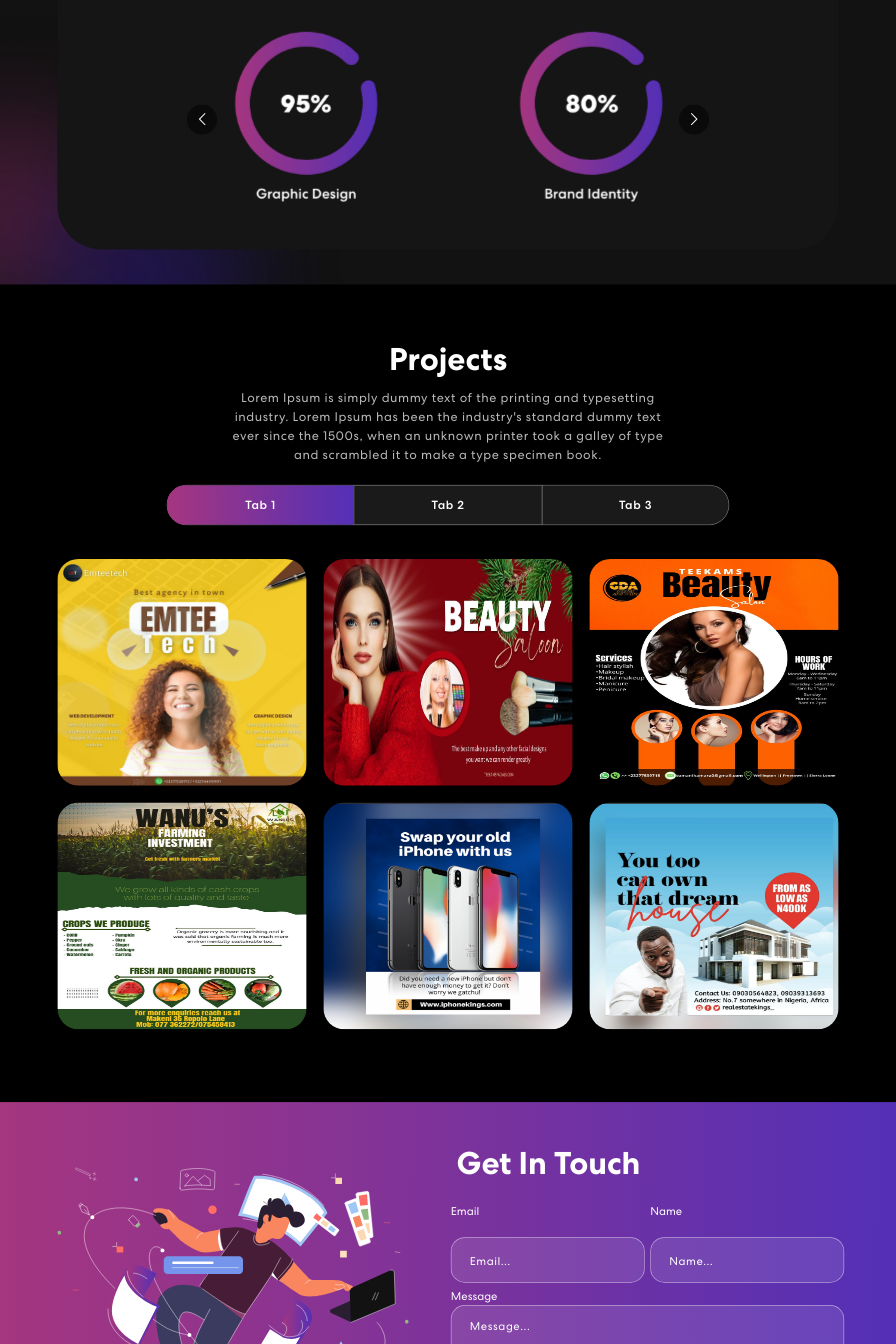
Repository: EmmanuelKeifala/emtee
Page: /
The author's editor kept a copy of each file at every save. The page is drawn from the files as they stood at one save, then again after the next save.
The browser window is 1280 px wide. The pictures show the part of the page from y = 988 to 2908 px (the page is 3476 px tall), at 70% of full size.
The project was rebuilt for these pictures with package versions that can differ from the ones it lists, and the page was loaded fresh each time. Some packages were replaced by stand-ins written for this rebuild.

Above is the page before, as saved 2022-09-30 17:11:17.

### public/index.html
<!DOCTYPE html>
<html lang="en">
  <head>
    <meta charset="utf-8" />
    <link rel="icon" href="%PUBLIC_URL%/favicon.ico" />
    <meta name="viewport" content="width=device-width, initial-scale=1" />
    <meta name="theme-color" content="#000000" />
    <meta name="description" content="Em-Tech" />
    <link rel="apple-touch-icon" href="%PUBLIC_URL%/logo192.png" />

    <link rel="manifest" href="%PUBLIC_URL%/manifest.json" />
    <title>Em-Tech</title>
  </head>
  <body>
    <div id="root"></div>
  </body>
</html>

### src/Components/Navbar.jsx
import React, { useState, useEffect } from "react";
import { Navbar, Container, Nav } from "react-bootstrap";
import logo from "../assets/img/screen.png";
import navIcon1 from "../assets/img/nav-icon1.svg";
import navIcon2 from "../assets/img/nav-icon2.svg";
import navIcon3 from "../assets/img/nav-icon3.svg";
import Twitter from "../assets/img/twit.png";

const NavBar = () => {
  const [activeLink, setActiveLink] = useState("home");
  const [scrolled, setScrolled] = useState(false);
  useEffect(() => {
    const onScroll = () => {
      if (window.scrollY > 50) {
        setScrolled(true);
      } else {
        setScrolled(false);
      }
    };
    window.addEventListener("scroll", onScroll);

    return () => window.removeEventListener("scroll", onScroll);
  }, []);
  const onUpdateActiveLink = (value) => {
    setActiveLink(value);
  };
  return (
    <Navbar expand="md" className={scrolled ? "scrolled" : ""}>
      <Container>
        <Navbar.Brand href="/">
          <img src={logo} alt="Logo" className="lo" />
        </Navbar.Brand>
        <Navbar.Toggle aria-controls="basic-navbar-nav">
          <span className="navbar-toggler-icon"></span>
        </Navbar.Toggle>
        <Navbar.Collapse id="basic-navbar-nav">
          <Nav className="ms-auto">
            <Nav.Link
              href="#home"
              className={
                activeLink === "home" ? "active navbar-link" : "navbar-link"
              }
              onClick={() => onUpdateActiveLink("home")}
            >
              Home
            </Nav.Link>
            <Nav.Link
              href="#skills"
              className={
                activeLink === "skills" ? "active navbar-link" : "navbar-link"
              }
              onClick={() => onUpdateActiveLink("skills")}
            >
              Skills
            </Nav.Link>
            <Nav.Link
              href="#project"
              className={
                activeLink === "project" ? "active navbar-link" : "navbar-link"
              }
              onClick={() => onUpdateActiveLink("project")}
            >
              Projects
            </Nav.Link>
          </Nav>
          <span className="navbar-text">
            <div className="social-icon">
              <a href="#">
                <img src={navIcon1} alt="linkedin" />
              </a>
              <a href="#">
                <img src={navIcon2} alt="facebook" />
              </a>
              <a href="#">
                <img src={navIcon3} alt="instagram" />
              </a>
              <a href="#">
                <img src={Twitter} alt="Twitter" className="twit" />
              </a>
            </div>
            <button className="vvd">
              <span>Let’s Connect</span>
            </button>
          </span>
        </Navbar.Collapse>
      </Container>
    </Navbar>
  );
};

export default NavBar;

### src/Components/Banner.jsx
import React from "react";
import { useState, useEffect } from "react";
import { Container, Row, Col } from "react-bootstrap";
import { ArrowRightCircle } from "react-bootstrap-icons";
import headerImg from "../assets/img/header-img.svg";
import "animate.css";
import TrackVisibility from "react-on-screen";
import GoogleAd from "./GoogleAd";
const Banner = () => {
  const [loopNum, setLoopNum] = useState(0);
  const [isDeleting, setIsDeleting] = useState(false);
  const [text, setText] = useState("");
  const [delta, setDelta] = useState(300 - Math.random() * 100);
  const [index, setIndex] = useState(1);
  const toRotate = ["Web Development", "Web Design", "UI/UX Design"];
  const period = 2000;

  useEffect(() => {
    let ticker = setInterval(() => {
      tick();
    }, delta);

    return () => {
      clearInterval(ticker);
    };
  }, [text]);

  const tick = () => {
    let i = loopNum % toRotate.length;
    let fullText = toRotate[i];
    let updatedText = isDeleting
      ? fullText.substring(0, text.length - 1)
      : fullText.substring(0, text.length + 1);

    setText(updatedText);

    if (isDeleting) {
      setDelta((prevDelta) => prevDelta / 2);
    }

    if (!isDeleting && updatedText === fullText) {
      setIsDeleting(true);
      setIndex((prevIndex) => prevIndex - 1);
      setDelta(period);
    } else if (isDeleting && updatedText === "") {
      setIsDeleting(false);
      setLoopNum(loopNum + 1);
      setIndex(1);
      setDelta(500);
    } else {
      setIndex((prevIndex) => prevIndex + 1);
    }
  };

  return (
    <section className="banner" id="home">
      <Container>
        <Row className="aligh-items-center">
          <Col xs={12} md={6} xl={7}>
            <TrackVisibility>
              {({ isVisible }) => (
                <div
                  className={
                    isVisible ? "animate__animated animate__fadeIn" : ""
                  }
                >
                  <span className="tagline">
                    Welcome to our Portfolio and Hiring Page
                  </span>
                  <h1>
                    {`Hi! We are Em-Tech we do`}{" "}
                    <span
                      className="txt-rotate"
                      dataPeriod="1000"
                      data-rotate='[ "Web Developement", "Web Design", "UI/UX Design" ]'
                    >
                      <span className="wrap">{text}</span>
                    </span>
                  </h1>
                  <p>
                    Lorem Ipsum is simply dummy text of the printing and
                    typesetting industry. Lorem Ipsum has been the industry's
                    standard dummy text ever since the 1500s, when an unknown
                    printer took a galley of type and scrambled it to make a
                    type specimen book.
                  </p>
                  <button onClick={() => console.log("connect")}>
                    Let’s Connect <ArrowRightCircle size={25} />
                  </button>
                </div>
              )}
            </TrackVisibility>
          </Col>
          <Col xs={12} md={6} xl={5}>
            <TrackVisibility>
              {({ isVisible }) => (
                <div
                  className={
                    isVisible ? "animate__animated animate__zoomIn" : ""
                  }
                >
                  <img src={headerImg} alt="Header Img" />
                </div>
              )}
            </TrackVisibility>
          </Col>
        </Row>
      </Container>
      <GoogleAd slot="9876543210" googleAdId="ca-pub-2934431448539258" />
    </section>
  );
};

export default Banner;

### src/Components/Skills.jsx
import React from "react";
import meter1 from "../assets/img/meter1.svg";
import meter2 from "../assets/img/meter2.svg";
import meter3 from "../assets/img/meter3.svg";
import Carousel from "react-multi-carousel";
import "react-multi-carousel/lib/styles.css";
import arrow1 from "../assets/img/arrow1.svg";
import arrow2 from "../assets/img/arrow2.svg";
import colorSharp from "../assets/img/color-sharp.png";
const Skills = () => {
  const responsive = {
    superLargeDesktop: {
      // the naming can be any, depends on you.
      breakpoint: { max: 4000, min: 3000 },
      items: 5,
    },
    desktop: {
      breakpoint: { max: 3000, min: 1024 },
      items: 3,
    },
    tablet: {
      breakpoint: { max: 1024, min: 464 },
      items: 2,
    },
    mobile: {
      breakpoint: { max: 464, min: 0 },
      items: 1,
    },
  };
  return (
    <section className="skill" id="skills">
      <div className="container">
        <div className="row">
          <div className="col-12">
            <div className="skill-bx wow zoomIn">
              <h2>Skills</h2>
              <p>
                <br></br> Lorem Ipsum has been the industry's standard dummy
                text.
              </p>
              <Carousel
                responsive={responsive}
                infinite={true}
                className="owl-carousel owl-theme skill-slider"
              >
                <div className="item">
                  <img src={meter1} alt="Image" />
                  <h5>Graphic Design</h5>
                </div>
                <div className="item">
                  <img src={meter2} alt="Image" />
                  <h5>Brand Identity</h5>
                </div>
                <div className="item">
                  <img src={meter3} alt="Image" />
                  <h5>Logo Design</h5>
                </div>
                <div className="item">
                  <img src={meter1} alt="Image" />
                  <h5>Web Development</h5>
                </div>
              </Carousel>
            </div>
          </div>
        </div>
      </div>
      <img className="background-image-left" src={colorSharp} alt="Image" />
    </section>
  );
};

export default Skills;

### src/Components/Projects.jsx
import React from "react";
import { Container, Row, Col, Tab, Nav } from "react-bootstrap";
import { ProjectCard } from "./ProjectCard";
import projImg1 from "../assets/img/project-1.jpeg";
import projImg2 from "../assets/img/project-2.jpeg";
import projImg3 from "../assets/img/project-3.jpeg";
import projImg4 from "../assets/img/project-4.jpeg";
import projImg5 from "../assets/img/project-5.png";
import projImg6 from "../assets/img/project-6.png";

import colorSharp2 from "../assets/img/color-sharp2.png";
import ecommerce from "../assets/img/Ecommerce-2.jpeg";
import tiktok from "../assets/img/tiktok-clone-1.png";
import spotify from "../assets/img/spotify.webp";
import food from "../assets/img/food.png";
import chatapp from "../assets/img/chatapp.jpeg";
import amazon from "../assets/img/amazon.png";
import "animate.css";
import TrackVisibility from "react-on-screen";
const Projects = () => {
  const projects = [
    {
      title: "Business Startup",
      description: "Design & Development",
      imgUrl: projImg1,
    },
    {
      title: "Business Startup",
      description: "Design & Development",
      imgUrl: projImg2,
    },
    {
      title: "Business Startup",
      description: "Design & Development",
      imgUrl: projImg3,
    },
    {
      title: "Business Startup",
      description: "Design & Development",
      imgUrl: projImg4,
    },
    {
      title: "Business Startup",
      description: "Design & Development",
      imgUrl: projImg5,
    },
    {
      title: "Business Startup",
      description: "Design & Development",
      imgUrl: projImg6,
    },
  ];
  const web = [
    {
      title: "Ecommerce Website",
      description: "It handles order, sales etc",
      imgUrl: ecommerce,
    },
    {
      title: "A Tik Tok clone",
      description: "Design & Development",
      imgUrl: tiktok,
    },
    {
      title: "Spotify Clone",
      description: "Design & Development",
      imgUrl: spotify,
    },
    {
      title: "Food Order and Delivery",
      description: "Design & Development",
      imgUrl: food,
    },
    {
      title: "Chat App",
      description: "Design & Development",
      imgUrl: chatapp,
    },
    {
      title: "Amazon Clone",
      description: "Design & Development",
      imgUrl: amazon,
    },
  ];
  return (
    <section className="project" id="project">
      <Container>
        <Row>
          <Col size={12}>
            <TrackVisibility>
              {({ isVisible }) => (
                <div
                  className={
                    isVisible ? "animate__animated animate__fadeIn" : ""
                  }
                >
                  <h2>Projects</h2>
                  <p>
                    Lorem Ipsum is simply dummy text of the printing and
                    typesetting industry. Lorem Ipsum has been the industry's
                    standard dummy text ever since the 1500s, when an unknown
                    printer took a galley of type and scrambled it to make a
                    type specimen book.
                  </p>
                  <Tab.Container id="projects-tabs" defaultActiveKey="first">
                    <Nav
                      variant="pills"
                      className="nav-pills mb-5 justify-content-center align-items-center"
                      id="pills-tab"
                    >
                      <Nav.Item>
                        <Nav.Link eventKey="first">Tab 1</Nav.Link>
                      </Nav.Item>
                      <Nav.Item>
                        <Nav.Link eventKey="second">Tab 2</Nav.Link>
                      </Nav.Item>
                      <Nav.Item>
                        <Nav.Link eventKey="third">Tab 3</Nav.Link>
                      </Nav.Item>
                    </Nav>
                    <Tab.Content
                      id="slideInUp"
                      className={
                        isVisible ? "animate__animated animate__slideInUp" : ""
                      }
                    >
                      <Tab.Pane eventKey="first">
                        <Row>
                          {projects.map((project, index) => {
                            return <ProjectCard key={index} {...project} />;
                          })}
                        </Row>
                      </Tab.Pane>
                      <Tab.Pane eventKey="second">
                        <Row>
                          {web.map((project, index) => {
                            return <ProjectCard key={index} {...project} />;
                          })}
                        </Row>
                      </Tab.Pane>
                      <Tab.Pane eventKey="third">
                        <p>
                          Lorem ipsum dolor sit amet consectetur adipisicing
                          elit. Cumque quam, quod neque provident velit, rem
                          explicabo excepturi id illo molestiae blanditiis,
                          eligendi dicta officiis asperiores delectus quasi
                          inventore debitis quo.
                        </p>
                      </Tab.Pane>
                    </Tab.Content>
                  </Tab.Container>
                </div>
              )}
            </TrackVisibility>
          </Col>
        </Row>
      </Container>
      <img className="background-image-right" src={colorSharp2}></img>
    </section>
  );
};

export default Projects;

### src/Components/Contact.jsx
import React from "react";
import { useState } from "react";
import { Container, Row, Col } from "react-bootstrap";
import contactImg from "../assets/img/contact-img.svg";
import "animate.css";
import { Form, Input, TextArea, Button } from "semantic-ui-react";
import TrackVisibility from "react-on-screen";
import Swal from "sweetalert2";
import emailjs from "emailjs-com";
const Contact = () => {
  const formInitialDetails = {
    firstName: "",
    lastName: "",
    email: "",
    phone: "",
    message: "",
  };

  const SERVICE_ID = "service_hdc70rt";
  const TEMPLATE_ID = "template_uccb61k";
  const USER_ID = "tjSBze7Rp8m252Qv_";

  const [formDetails, setFormDetails] = useState(formInitialDetails);
  const [buttonText, setButtonText] = useState("Send");
  const [status, setStatus] = useState({});

  const onFormUpdate = (category, value) => {
    setFormDetails({
      ...formDetails,
      [category]: value,
    });
  };

  const handleOnSubmit = (e) => {
    e.preventDefault();
    emailjs.sendForm(SERVICE_ID, TEMPLATE_ID, e.target, USER_ID).then(
      (result) => {
        console.log(result.text);
        Swal.fire({
          icon: "success",
          title: "Message Sent Successfully",
        });
      },
      (error) => {
        console.log(error.text);
        Swal.fire({
          icon: "error",
          title: "Ooops, something went wrong",
          text: error.text,
        });
      }
    );
    console.log(e.target);
    e.target.reset();
  };

  return (
    <section className="contact" id="connect">
      <Container>
        <Row className="align-items-center">
          <Col size={12} md={6}>
            <TrackVisibility>
              {({ isVisible }) => (
                <img
                  className={
                    isVisible ? "animate__animated animate__zoomIn" : ""
                  }
                  src={contactImg}
                  alt="Contact Us"
                />
              )}
            </TrackVisibility>
          </Col>
          <Col size={12} md={6}>
            <TrackVisibility>
              {({ isVisible }) => (
                <div
                  className={
                    isVisible ? "animate__animated animate__fadeIn" : ""
                  }
                >
                  <h2>Get In Touch</h2>
                  <form onSubmit={handleOnSubmit}>
                    <Row>
                      <Col size={12} sm={6} className="px-1">
                        <Form.Field
                          id="form-input-control-email"
                          control={Input}
                          label="Email"
                          name="user_email"
                          placeholder="Email…"
                          required
                          icon="mail"
                          iconPosition="left"
                        />
                      </Col>
                      <Col size={12} sm={6} className="px-1">
                        <Form.Field
                          id="form-input-control-last-name"
                          control={Input}
                          label="Name"
                          name="user_name"
                          placeholder="Name…"
                          required
                          icon="user circle"
                          iconPosition="left"
                        />
                      </Col>
                      <Col size={12} className="px-1">
                        <Form.Field
                          id="form-textarea-control-opinion"
                          control={TextArea}
                          label="Message"
                          name="user_message"
                          placeholder="Message..."
                          required
                        />
                        <button type="submit">
                          <span>{buttonText}</span>
                        </button>
                      </Col>
                      {status.message && (
                        <Col>
                          <p
                            className={
                              status.success === false ? "danger" : "success"
                            }
                          >
                            {status.message}
                          </p>
                        </Col>
                      )}
                    </Row>
                  </form>
                </div>
              )}
            </TrackVisibility>
          </Col>
        </Row>
      </Container>
    </section>
  );
};

export default Contact;

### src/Components/Footer.jsx
import React from "react";
import { Container, Row, Col } from "react-bootstrap";
import logo from "../assets/img/logo.svg";
import navIcon1 from "../assets/img/nav-icon1.svg";
import navIcon2 from "../assets/img/nav-icon2.svg";
import navIcon3 from "../assets/img/nav-icon3.svg";

const Footer = () => {
  return (
    <footer className="footer">
      <Container>
        <Row className="align-items-center">
          <Col size={12} sm={6}>
            <img src={logo} alt="Logo" />
          </Col>
          <Col size={12} sm={6} className="text-center text-sm-end">
            <div className="social-icon">
              <a href="#" className="icon">
                <img src={navIcon1} alt="Icon" className="icon-1" />
              </a>
              <a href="#" className="icon">
                <img src={navIcon2} alt="Icon" className="icon-1" />
              </a>
              <a href="#" className="icon">
                <img src={navIcon3} alt="Icon" className="icon-1" />
              </a>
            </div>
            <p>Copyright 2022. All Rights Reserved</p>
            <p>Develped by Em-Tech</p>
          </Col>
        </Row>
      </Container>
    </footer>
  );
};

export default Footer;

### src/Components/GoogleAd.jsx
import React, { Component } from "react";
import PropTypes from "prop-types";

class GoogleAd extends Component {
  googleInit = null;

  componentDidMount() {
    const { timeout } = this.props;
    this.googleInit = setTimeout(() => {
      if (typeof window !== "undefined")
        (window.adsbygoogle = window.adsbygoogle || []).push({});
    }, timeout);
  }

  componentWillUnmount() {
    if (this.googleInit) clearTimeout(this.googleInit);
  }

  render() {
    const { classNames, slot, googleAdId, style, format } = this.props;
    return (
      <div className={classNames}>
        <ins
          className="adsbygoogle"
          style={style || { display: "block", textAlign: "center" }}
          data-ad-client={googleAdId}
          data-ad-slot={slot}
          data-ad-format={format || "auto"}
          data-full-width-responsive="true"
        ></ins>
      </div>
    );
  }
}
GoogleAd.propTypes = {
  classNames: PropTypes.string,
  slot: PropTypes.string,
  timeout: PropTypes.number,
  googleAdId: PropTypes.string,
};
GoogleAd.defaultProps = {
  classNames: "",
  timeout: 200,
};
export default GoogleAd;

### src/Components/ProjectCard.jsx
import { Col } from "react-bootstrap";

export const ProjectCard = ({ title, description, imgUrl }) => {
  return (
    <Col size={12} sm={6} md={4}>
      <div className="proj-imgbx">
        <img src={imgUrl} className="prop-image" />
        <div className="proj-txtx">
          <h4>{title}</h4>
          <span>{description}</span>
        </div>
      </div>
    </Col>
  );
};

Loaded but not shown: src/index.css (common file); src/reportWebVitals.js (common file); src/App.js (23 lines, source omitted); src/index.js (16 lines, source omitted); src/App.css (733 lines, source omitted)

After the next save:
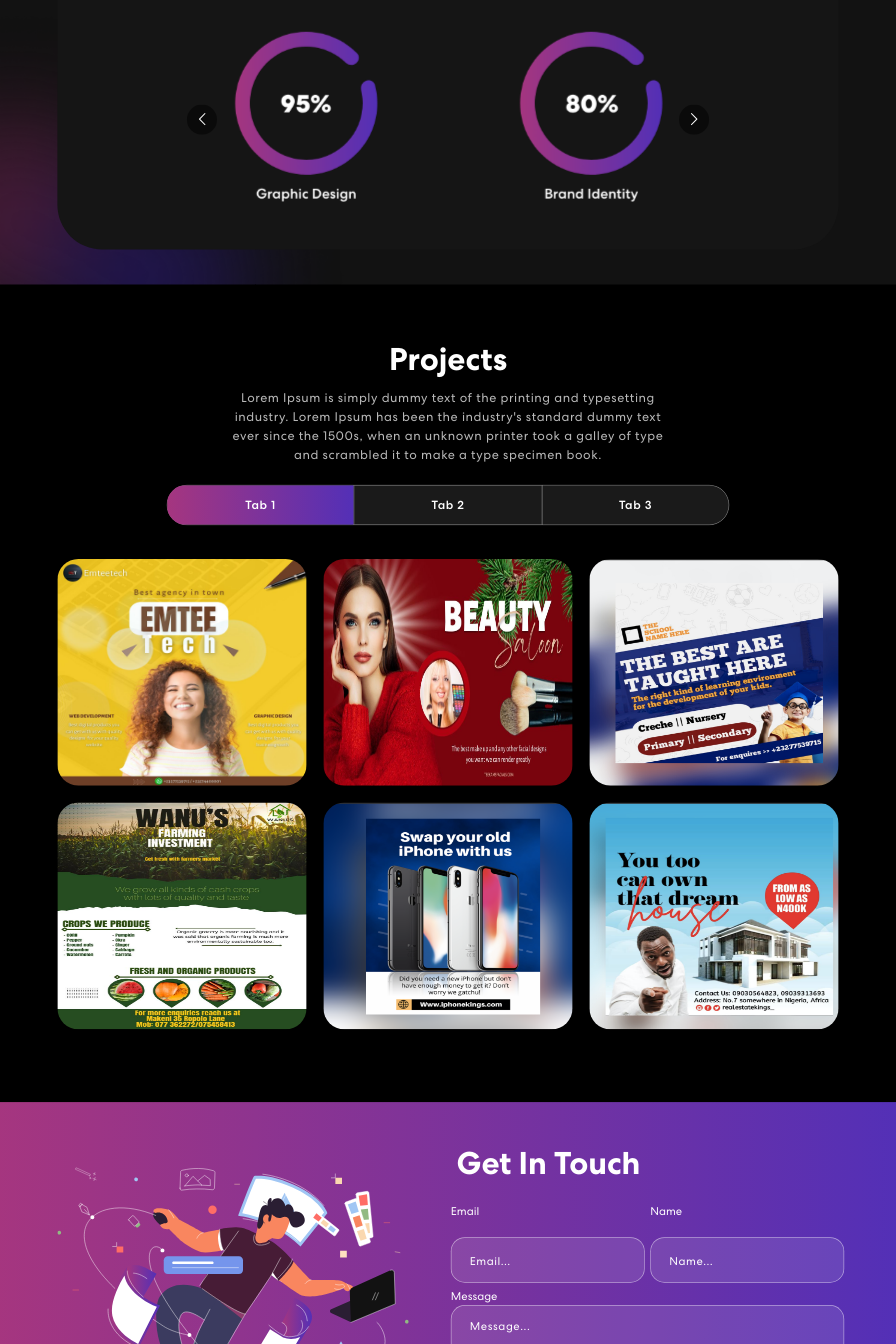
Saved 76 s later.
--- a/src/Components/Projects.jsx
+++ b/src/Components/Projects.jsx
@@ -3,7 +3,7 @@
 import { ProjectCard } from "./ProjectCard";
 import projImg1 from "../assets/img/project-1.jpeg";
 import projImg2 from "../assets/img/project-2.jpeg";
-import projImg3 from "../assets/img/project-3.jpeg";
+import projImg3 from "../assets/img/project-7.png";
 import projImg4 from "../assets/img/project-4.jpeg";
 import projImg5 from "../assets/img/project-5.png";
 import projImg6 from "../assets/img/project-6.png";
